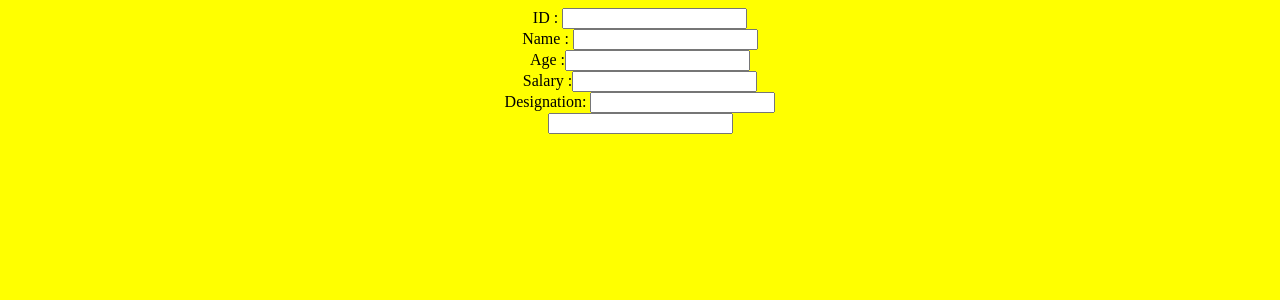
Repository: Thaneshwara848/JSP_Demo
Page: WebDemo1/src/main/webapp/Register.html
The author's editor kept a copy of each file at every save. The page is drawn from the files as they stood at one save, then again after the next save.
The browser window is 1280 px wide. The pictures show the whole page.

Above is the page before, as saved 2022-08-05 16:58:25.

### WebDemo1/src/main/webapp/Register.html
<!DOCTYPE html>
<html>
<head>
<meta charset="UTF-8">
<title>Insert title here</title>
</head>
<body bgColor="yellow">

<Div style="text-align: center;">
	<form action="">

	ID : <input type="text" name="uid"><br>
	Name : <input type="text" name="uname"><br>
	Age :<input type="text" name="uage"><br>
	Salary  :<input type="text" name="usalary"><br>
	Designation: <input type="text" name="udesig"><br>

	<input type="Sub">

	</form>
</Div>

</body>
</html>

After the next save:
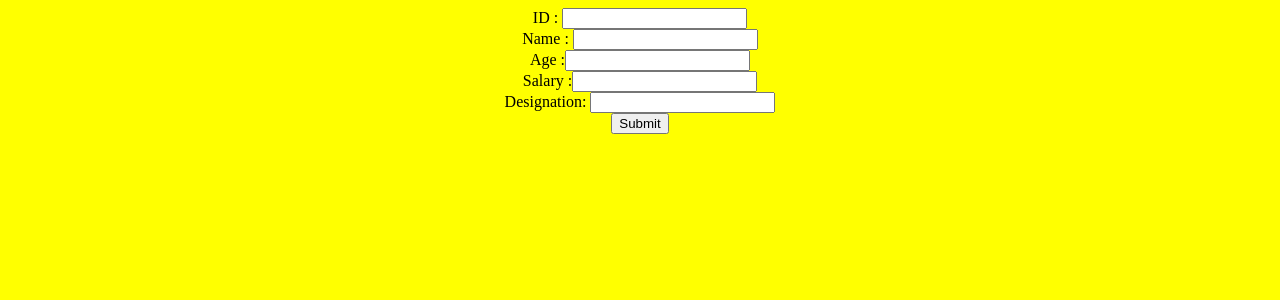
Saved 7 s later.
--- a/WebDemo1/src/main/webapp/Register.html
+++ b/WebDemo1/src/main/webapp/Register.html
@@ -15,7 +15,7 @@
 	Salary  :<input type="text" name="usalary"><br>
 	Designation: <input type="text" name="udesig"><br>
 
-	<input type="Sub">
+	<input type="Submit" >
 
 	</form>
 </Div>
